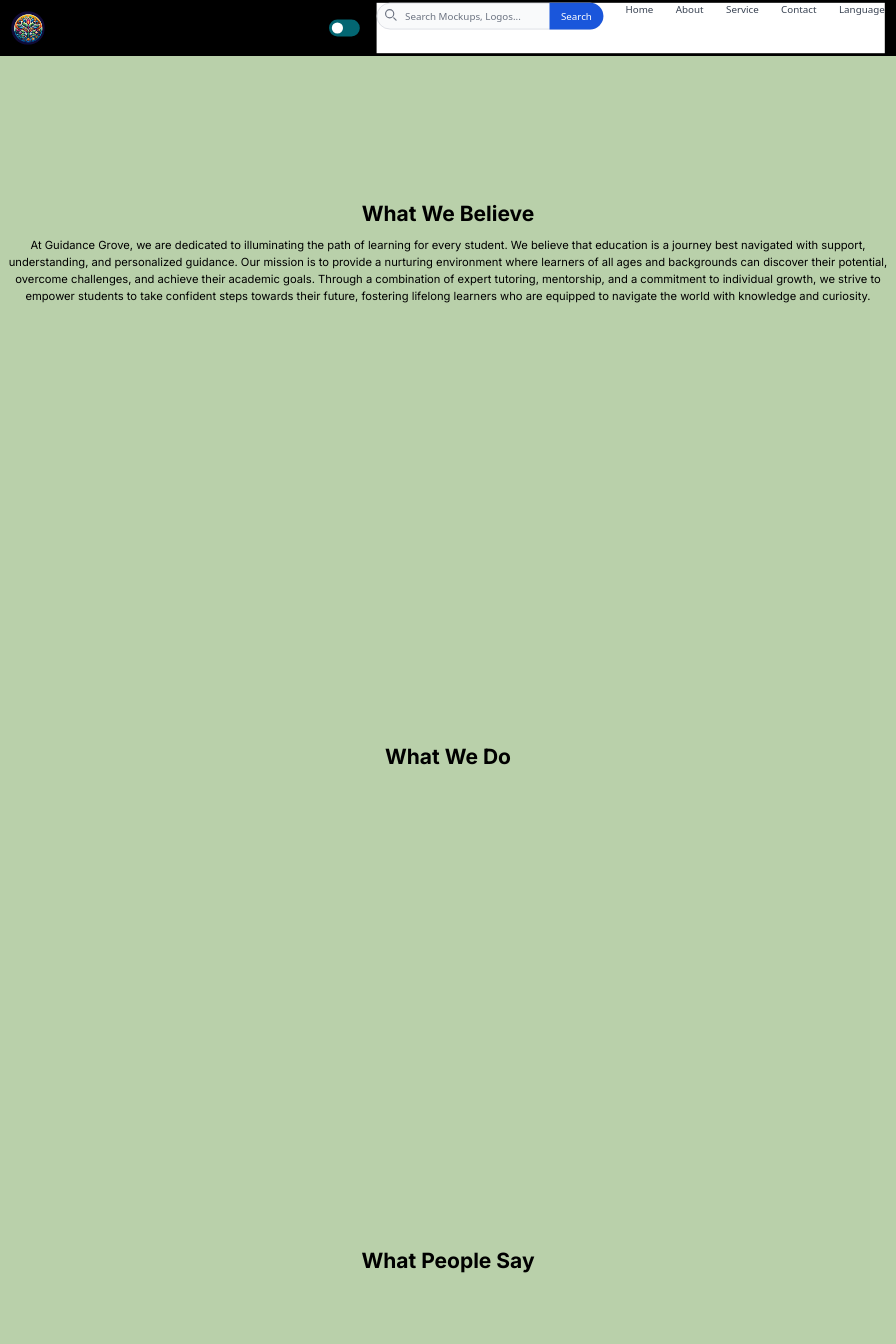
Repository: PositiveGuy/GuidanceGrove
Page: /
The author's editor kept a copy of each file at every save. The page is drawn from the files as they stood at one save, then again after the next save.
The browser window is 1280 px wide. The pictures show the part of the page from y = 0 to 1920 px (the page is 3874 px tall before and 3966 px after), at 70% of full size.
The project was rebuilt for these pictures with package versions that can differ from the ones it lists, and the page was loaded fresh each time. The framework's server and built-in components were replaced by stand-ins that run in the browser. Also part of the build but not shown: next.config.js.

Above is the page before, as saved 2023-12-28 16:18:29.

### src/app/layout.tsx
import React from 'react';
import Header from '../components/header';
import Footer from '../components/footer';
import { Inter } from 'next/font/google';
import './globals.css';
import { ThemeContextProvider } from '@/context/ThemeContext';
import ThemeProvider from '@/providers/ThemeProvider';
import ThemeWrapper from '@/components/ThemeWrapper';

//font
const inter = Inter({ subsets: ['latin'] });



//header and footer layout
const RootLayout = ({ children }: { children: React.ReactNode }) => {
  return (
    <html lang='en'>
      <body>
        <ThemeContextProvider>
          <ThemeProvider>
            <Header />
            <ThemeWrapper>
              <main className={inter.className}>{children}</main>
            </ThemeWrapper>
            <Footer />
          </ThemeProvider>
        </ThemeContextProvider>
      </body>
    </html>
  );
};

export default RootLayout;

### src/app/page.tsx
import React from 'react';
//components import
import BelieveSection from '../components/BelieveSection';
import ServicesSection from '../components/ServicesSection';
import TestimonialsSection from '../components/TestimonialsSection';
import CallToActionSection from '../components/CallToActionSection';
import ContactSection from '../components/ContactSection';


//page layout
const Page = () => {
  return (
    <>
      <BelieveSection />
      <ServicesSection />
      <TestimonialsSection />
      <CallToActionSection />
      <ContactSection />
    </>
  );
};

export default Page;

### src/components/header.tsx
"use client"
import { useState } from "react";
import MobileNavigation from "./MobileNavigation";
import ThemeToggle from "./ThemeToggle";
import SearchBar from "./SearchBar";
import { Navbar } from "flowbite-react";


const Header = () => {

  return (
    <>
      <Navbar className='flex  w-full h-20 justify-between items-center p-5 bg-black fixed z-50'       >

        <div className="flex items-center space-x-3">
          <img src="/Logo/guidance-grove-logo.png" alt="Guidance Grove Logo" className="h-12 w-12 rounded-full" />

        </div>

        <div className='flex'>

          <ThemeToggle />
          <Navbar.Toggle className="" />

          <Navbar.Collapse className='bg-white  '>
            <SearchBar />
            <Navbar.Link href="#">Home</Navbar.Link>
            <Navbar.Link href="#">About</Navbar.Link>
            <Navbar.Link href="#">Service</Navbar.Link>
            <Navbar.Link href="#">Contact</Navbar.Link>
            <Navbar.Link href="#">Language</Navbar.Link>
          </Navbar.Collapse>
        </div>
      </Navbar>



      {/* Mobile Navbar
      <MobileNavigation /> */}


    </>
  );
};

export default Header;

### src/components/footer.tsx
import Image from "next/image";

const Footer = () => {
  return (
    <footer className="p-5 bg-black shadow-inner text-center">
      <div className="flex justify-center space-x-8 mt-10">
        {/* Placeholder for social icons */}
        <Image src={"/SVGs/ig.svg"} width={50} height={50} alt="ig"></Image>
        <Image src={"/SVGs/fb.svg"} width={50} height={50} alt="fb"></Image>
        <Image src={"/SVGs/tw.svg"} width={50} height={50} alt="tw"></Image>
        <Image src={"/SVGs/wa.svg"} width={50} height={50} alt="wa"></Image>
        <Image src={"/SVGs/yt.svg"} width={50} height={50} alt="in"></Image>
      </div>

      <div className="flex justify-center space-x-1 mb-10 text-teal-50">
        <div className="mt-20">
          ©2023; designed with love and care by
        </div>
        <div className="mt-20 font-caveat">
          GuidanceGrove™
        </div>
      </div>
    </footer>
  );
};
//make GuidanceGrove in font Caveat
export default Footer;

### src/app/globals.css
@tailwind base;
@tailwind components;
@tailwind utilities;

:root {
  --foreground-rgb: 0, 0, 0;
  --background-start-rgb: 214, 219, 220;
  --background-end-rgb: 255, 255, 255;
}

@media (prefers-color-scheme: dark) {
  :root {
    --foreground-rgb: 255, 255, 255;
    --background-start-rgb: 0, 0, 0;
    --background-end-rgb: 0, 0, 0;
  }
}

body {
  color: rgb(var(--foreground-rgb));
  background: linear-gradient(
      to bottom,
      transparent,
      rgb(var(--background-end-rgb))
    )
    rgb(var(--background-start-rgb));
}

.custom-shadow {
    box-shadow: 0 2px 4px rgba(0, 0, 0, 0.2);
}

### src/context/ThemeContext.tsx
"use client"
import { createContext, useState, ReactNode, useEffect } from "react"

interface ChildrenProps {
    children: ReactNode
}

interface ThemeContextType {
    theme: string
    toggle: () => void
}

// This component is responsible to registering and remembering what theme was chosen by the user
// we use local storage for that
export const ThemeContext = createContext<ThemeContextType>({
    theme: "light",
    toggle: () => { },
})

function getFromLocalStorage() {
    if (typeof window === "undefined") {
        return "light";
    }
    const storedTheme = localStorage.getItem("theme");
    console.log("Initial theme from localStorage:", storedTheme); // Debug log
    return storedTheme || "light";
}


export const ThemeContextProvider = ({ children }: ChildrenProps) => {
    const [theme, setTheme] = useState<string>(getFromLocalStorage)

    // since next.js uses server side rendering, we must specify if the transition to client is completed
    const toggle = () => {
        setTheme(prevTheme => prevTheme === "light" ? "dark" : "light");
    };



    useEffect(() => {
        console.log("Updating theme in localStorage to:", theme); // Debug log
        localStorage.setItem("theme", theme);
    }, [theme]);



    return <ThemeContext.Provider value={{ theme, toggle }}>{children}</ThemeContext.Provider>
}

### src/providers/ThemeProvider.tsx
"use client"

import { ThemeContext } from "@/context/ThemeContext"
import { useState, useEffect, useContext, ReactNode } from "react"


interface ChildrenProps {
    children: ReactNode
}

// this component is created to keep the layout/page as server side rendered.
// useContext() requires you to have "use client"

export default function ThemeProvider({ children }: ChildrenProps) {
    const { theme } = useContext(ThemeContext)
    const [mounted, setMounted] = useState(false)

    useEffect(() => {
        setMounted(true)
    }, [])

    if (mounted) {
        return <div className={theme}>{children}</div>
    }
    return <div className={theme}>{children}</div>
}

### src/components/ThemeWrapper.tsx
"use client"
import React, { useContext } from 'react';
import { ThemeContext } from '@/context/ThemeContext';

const ThemeWrapper = ({ children }: { children: React.ReactNode }) => {
    const { theme } = useContext(ThemeContext);

    return (
        <div className={`${theme === "light" ? " bg-sage text-black" : "bg-gray-700 text-slate-400"}`}>
            {children}
        </div>
    );
};

export default ThemeWrapper;

### src/components/BelieveSection.tsx
"use client"
import { ThemeContext } from "@/context/ThemeContext";
import { useContext } from "react";

const BelieveSection = () => {
  const { theme } = useContext(ThemeContext)
  return (
    <div id="believe" className={`h-screen flex items-center justify-center`}>
      <div className="text-center">
        <h2 className="text-3xl font-bold">What We Believe</h2>
        <p className="mt-4">At Guidance Grove, we are dedicated to illuminating the path of learning for every student.
          We believe that education is a journey best navigated with support, understanding, and personalized guidance.
          Our mission is to provide a nurturing environment where learners of all ages and backgrounds
          can discover their potential, overcome challenges, and achieve their academic goals.
          Through a combination of expert tutoring, mentorship, and a commitment to individual growth,
          we strive to empower students to take confident steps towards their future,
          fostering lifelong learners who are equipped to navigate the world with knowledge and curiosity.</p>
      </div>
    </div>
  );
};

export default BelieveSection;

### src/components/ServicesSection.tsx
"use client"
import { ThemeContext } from "@/context/ThemeContext";
import { useContext } from "react";

const ServicesSection = () => {
  const { theme } = useContext(ThemeContext)
  return (
    <div id="services" className={`h-screen flex items-center justify-center  `}>
      <div className="text-center">
        <h2 className="text-3xl font-bold">What We Do</h2>
        {/* Add service details here */}
      </div>
    </div>
  );
};

export default ServicesSection;

### src/components/TestimonialsSection.tsx
"use client"
import { ThemeContext } from "@/context/ThemeContext";
import { useContext } from "react";

const TestimonialsSection = () => {
  const { theme } = useContext(ThemeContext)
  return (
    <div id="testimonials" className={`h-screen flex items-center justify-center   `}>
      <div className="text-center">
        <h2 className="text-3xl font-bold">What People Say</h2>
        {/* Add testimonials here */}
      </div>
    </div>
  );
};

export default TestimonialsSection;

### src/components/CallToActionSection.tsx
"use client"
import { ThemeContext } from "@/context/ThemeContext";
import { useContext } from "react";

const CallToActionSection = () => {
  const { theme } = useContext(ThemeContext)
  return (
    <div id="cta" className={`h-screen flex items-center justify-center  `}>
      <div className="container mx-auto px-4 sm:px-6 lg:px-8">
        <div className="flex flex-wrap -mx-4 items-center">
          <div className="text-left lg:w-1/2 px-4 mb-4 lg:mb-0">
            <h2 className="text-5xl font-bold">Payments tool for software companies</h2>
            <p className="mt-2 text-lg">From checkout to global sales tax compliance, companies around the world use Flowbite to simplify their payment stack.</p>
            <button className="mt-4 bg-blue-500 text-white py-2 px-4 rounded hover:bg-blue-700">
              Get started ➤
            </button>
          </div>
          <div className="lg:w-1/2 px-4 flex justify-center lg:justify-end">
            <img src="DALLE/career.png" alt="Software Payment Tool" className="object-contain lg:object-cover h-80 w-full lg:w-auto rounded-lg shadow-lg" />
          </div>
        </div>
      </div>
    </div>
  );
};

export default CallToActionSection;

### src/components/ContactSection.tsx
"use client"
import { ThemeContext } from "@/context/ThemeContext";
import { useContext } from "react";

const ContactSection = () => {
  const { theme } = useContext(ThemeContext)
  return (
    <div id="contact" className={`h-screen flex items-center justify-center  `}>
      <div className="text-center">
        <h2 className="text-3xl font-bold">Contact Us</h2>
        {/* Add contact form or information here */}
      </div>
    </div>
  );
};

export default ContactSection;

### src/components/ThemeToggle.tsx
"use client"
import { useContext } from 'react'
import { Switch } from '@headlessui/react'
import { ThemeContext } from '@/context/ThemeContext'

export default function Example() {
    const { toggle, theme } = useContext(ThemeContext)

    // Determine if the switch should be on or off based on the current theme
    const isDarkMode = theme === 'dark'

    return (
        <div className="flex items-center justify-center p-6"> {/* Adjusted for centering */}
            <Switch
                checked={isDarkMode}
                onChange={toggle} // Use the toggle function from context
                className={`${isDarkMode ? 'bg-teal-900' : 'bg-teal-700'}
                    relative inline-flex items-center h-6 rounded-full w-11 transition-colors focus:outline-none`}
            >
                <span className="sr-only">Toggle theme</span>
                <span
                    aria-hidden="true"
                    className={`${isDarkMode ? 'translate-x-6' : 'translate-x-1'}
                        inline-block w-4 h-4 transform bg-white rounded-full transition-transform`}
                />
            </Switch>
        </div>
    )
}

### src/components/SearchBar.tsx
export default function SearchBar() {
    return (
        <form className="flex items-center">
            <div className="relative w-full">
                {/* Search Icon */}
                <div className="absolute inset-y-0 left-0 flex items-center pl-3">
                    <svg className="w-5 h-5 text-gray-500 dark:text-gray-400" xmlns="http://www.w3.org/2000/svg" fill="none" viewBox="0 0 24 24" stroke="currentColor">
                        <path strokeLinecap="round" strokeLinejoin="round" strokeWidth={2} d="M19 19l-4-4m0-7A7 7 0 1 1 1 8a7 7 0 0 1 14 0z" />
                    </svg>
                </div>

                {/* Input Field */}
                <input
                    type="search"
                    id="default-search"
                    className="block w-full pl-10 pr-20 text-sm text-gray-900 border border-gray-300 rounded-full bg-gray-50 focus:ring-blue-500 focus:border-blue-500 dark:bg-gray-700 dark:border-gray-600 dark:placeholder-gray-400 dark:text-white dark:focus:ring-blue-500 dark:focus:border-blue-500"
                    placeholder="Search Mockups, Logos..."
                    required
                />

                {/* Search Button */}
                <button type="submit" className="text-white absolute right-0 top-0 bottom-0 bg-blue-700 hover:bg-blue-800 focus:ring-4 focus:outline-none focus:ring-blue-300 font-medium rounded-r-full text-sm px-4 py-2 dark:bg-blue-600 dark:hover:bg-blue-700 dark:focus:ring-blue-800">Search</button>
            </div>
        </form>
    );
}

### tailwind.config.ts
import type { Config } from 'tailwindcss'

const config: Config = {
  content: [
    "./node_modules/flowbite-react/lib/**/*.js",
    './src/pages/**/*.{js,ts,jsx,tsx,mdx}',
    './src/components/**/*.{js,ts,jsx,tsx,mdx}',
    './src/app/**/*.{js,ts,jsx,tsx,mdx}',
  ],
  theme: {
    extend: {
      backgroundImage: {
        'gradient-radial': 'radial-gradient(var(--tw-gradient-stops))',
        'gradient-conic':
          'conic-gradient(from 180deg at 50% 50%, var(--tw-gradient-stops))',

      },
      colors: {
        sage: '#B9D0AA',
      },

      fontFamily: {
        caveat: ['Caveat', 'cursive'],
      },

    },

  },
  plugins: [
    require("flowbite/plugin")
  ],
}
export default config

After the next save:
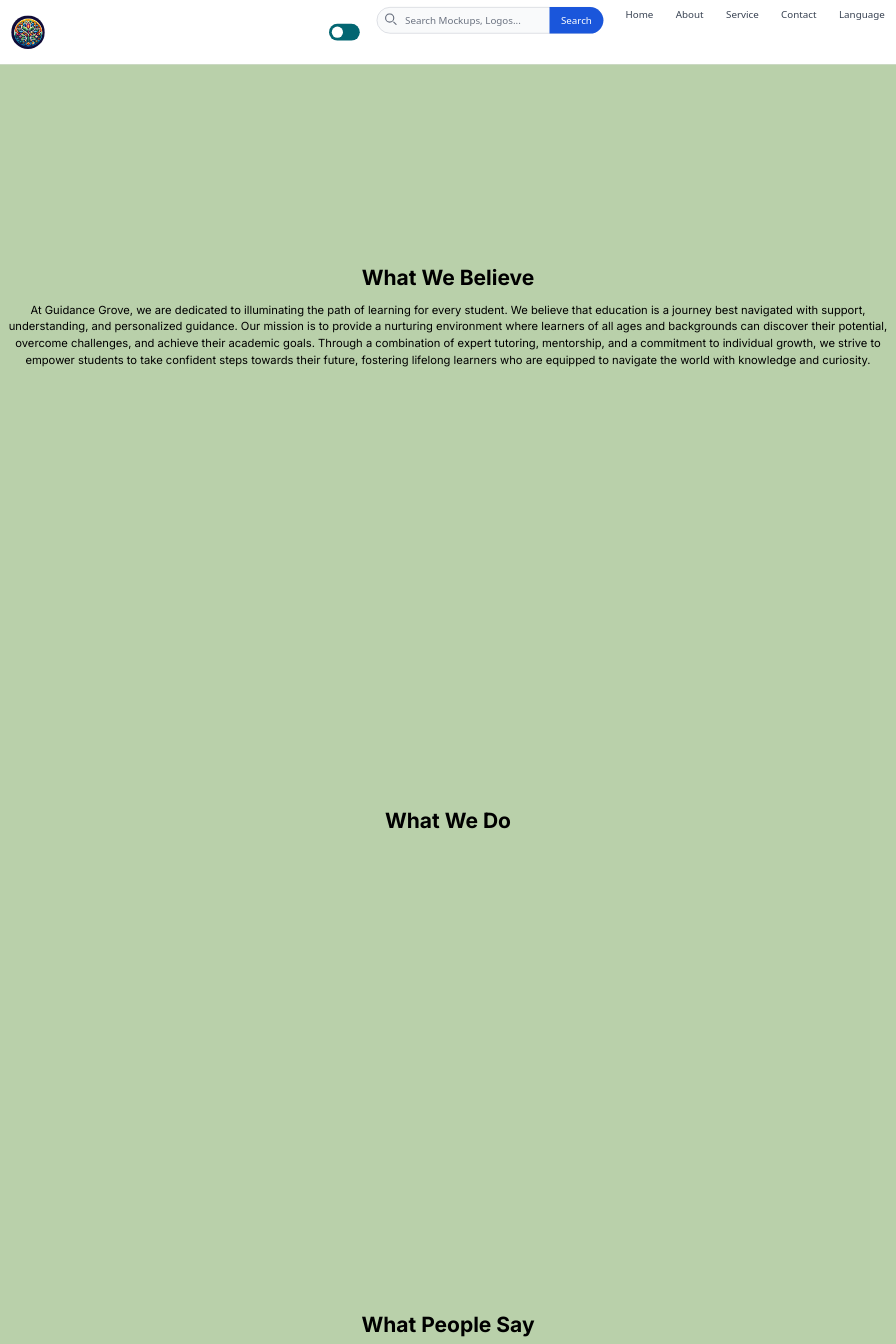
Saved 33 s later.
--- a/src/components/header.tsx
+++ b/src/components/header.tsx
@@ -10,7 +10,7 @@ const Header = () => {
 
   return (
     <>
-      <Navbar className='flex  w-full h-20 justify-between items-center p-5 bg-black fixed z-50'       >
+      <Navbar className=' '       >
 
         <div className="flex items-center space-x-3">
           <img src="/Logo/guidance-grove-logo.png" alt="Guidance Grove Logo" className="h-12 w-12 rounded-full" />
